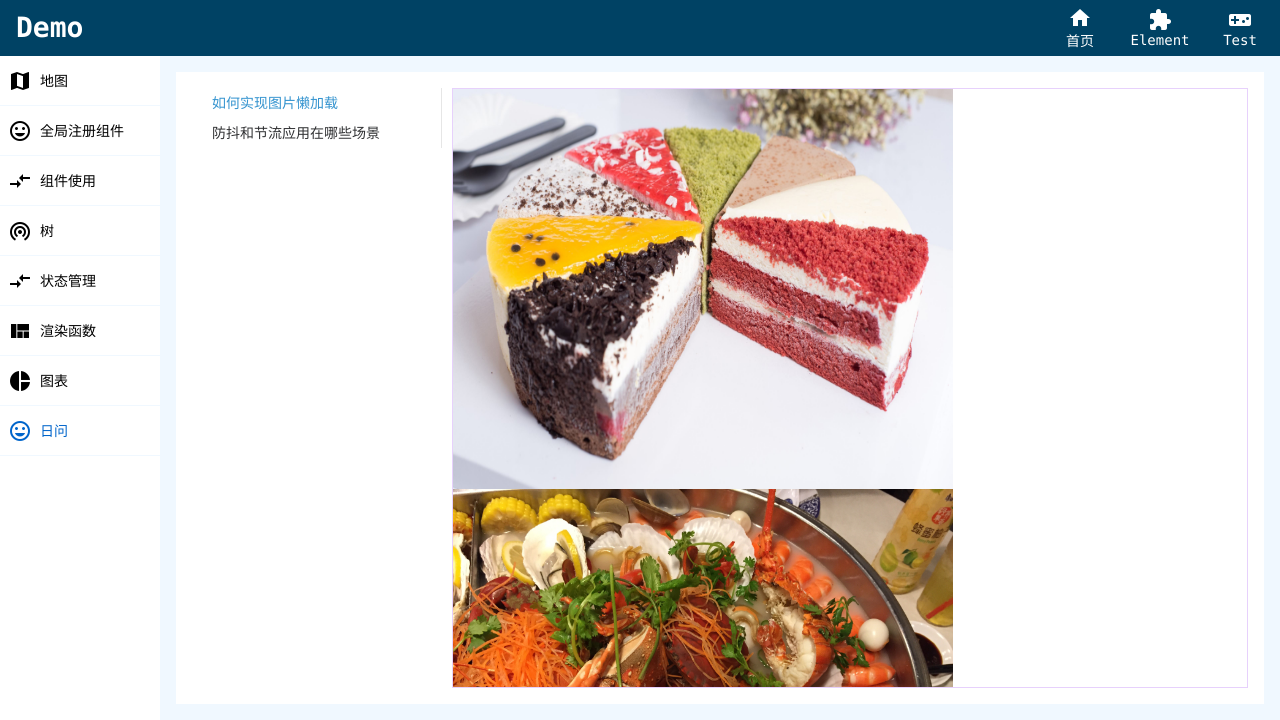
Repository: zh-webliker/element-vue
Page: /lazyLoadingInmg
An editor plug-in stored every save of this project. The page is shown before and after the next save, followed by the edit.
The browser window is 1280 px wide. The pictures show the whole page.
An inner scrolling area shows only its first screen. The project was rebuilt for these pictures with package versions that can differ from the ones it lists, and the page was loaded fresh each time. Also part of the build but not shown: vue.config.js, src/components/baseComponts/Basebutton.vue, src/components/baseComponts/Basetitle.vue. Imported but missing from the stored project, and not drawn on this page: src/json/contour, src/json/hl.

Above is the page before, as saved 2020-10-09 16:14:56.

After the next save:
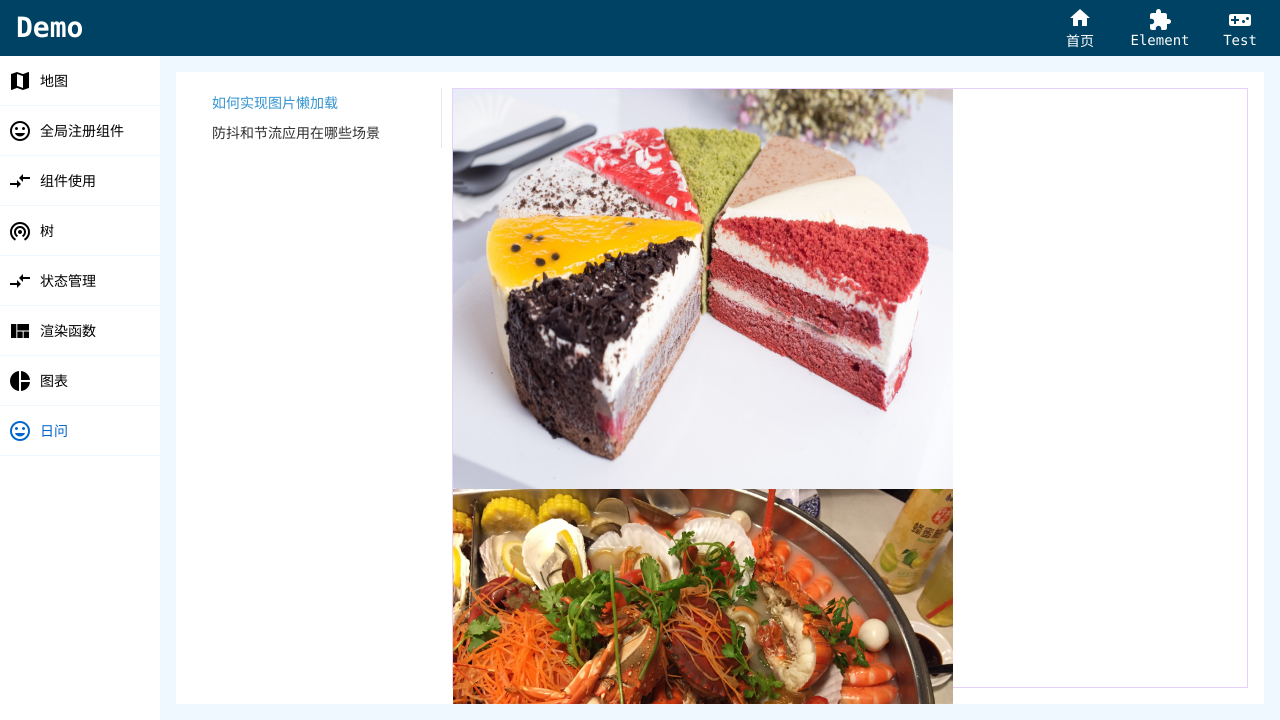
Saved 15 s later.
--- a/src/components/dailyQuestion/lazyLoadingInmg.vue
+++ b/src/components/dailyQuestion/lazyLoadingInmg.vue
@@ -1,12 +1,12 @@
 <template>
   <div class="lazyLoadingInmgPage">
-    <el-scrollbar style="height: 100%;">
+    <!-- <el-scrollbar style="height: 100%;"> -->
       <div class="father">
         <div v-for="(i, index) in imgArray" :key="index" class="imgbox">
           <img :src="i.url">
         </div>
       </div>
-    </el-scrollbar>
+    <!-- </el-scrollbar> -->
   </div>
 </template>
 
